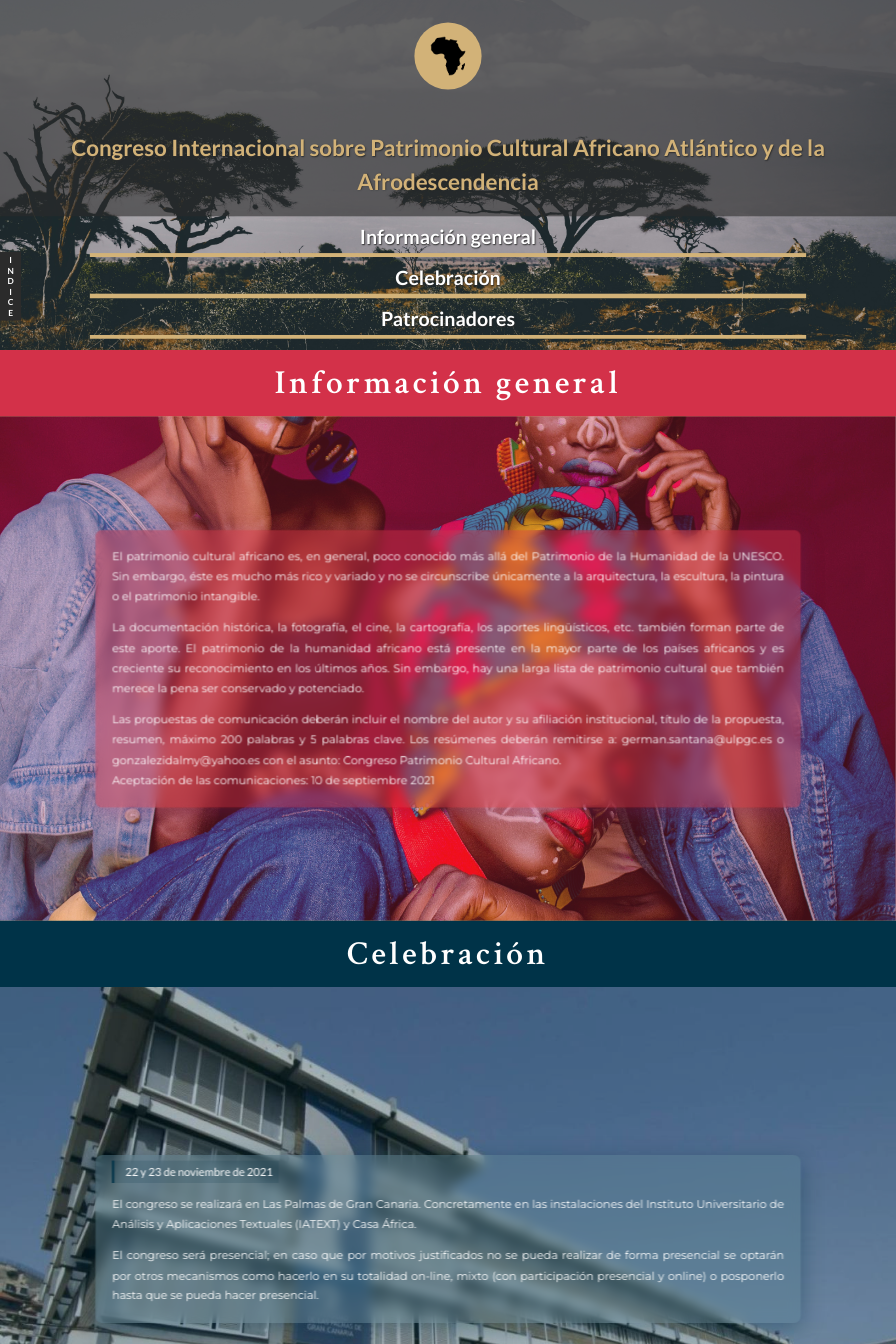
Repository: Letram/congresoafrica
Page: index.html
An editor plug-in stored every save of this project. The page is shown before and after the next save, followed by the edit.
The browser window is 1280 px wide. The pictures show the part of the page from y = 0 to 1920 px (the page is 2945 px tall), at 70% of full size.
Backgrounds fixed to the window are drawn as part of the page. Some web libraries are served in a nearby version. The style sheet was rebuilt from its Sass, Less or Tailwind sources for each picture, by a compiler version that may differ from the author's.

Above is the page before, as saved 2021-04-30 12:54:33.

After the next save:
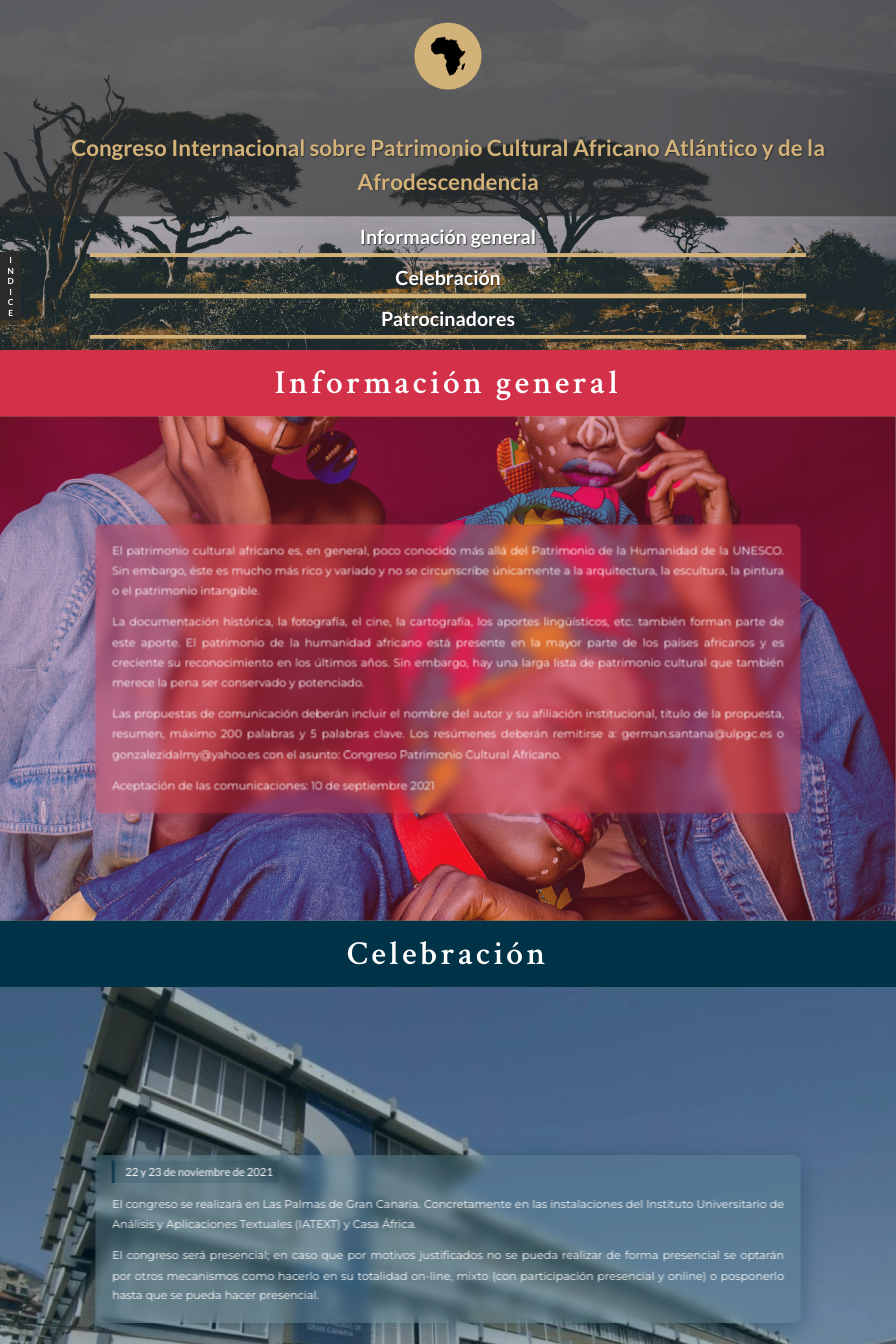
Saved 31 s later.
--- a/index.html
+++ b/index.html
@@ -59,9 +59,8 @@
               máximo 200 palabras y 5 palabras clave. Los resúmenes deberán
               remitirse a: german.santana@ulpgc.es o gonzalezidalmy@yahoo.es con
               el asunto: Congreso Patrimonio Cultural Africano.
-              <br />
-              Aceptación de las comunicaciones: 10 de septiembre 2021
             </p>
+            <p>Aceptación de las comunicaciones: 10 de septiembre 2021</p>
           </div>
         </div>
       </section>
